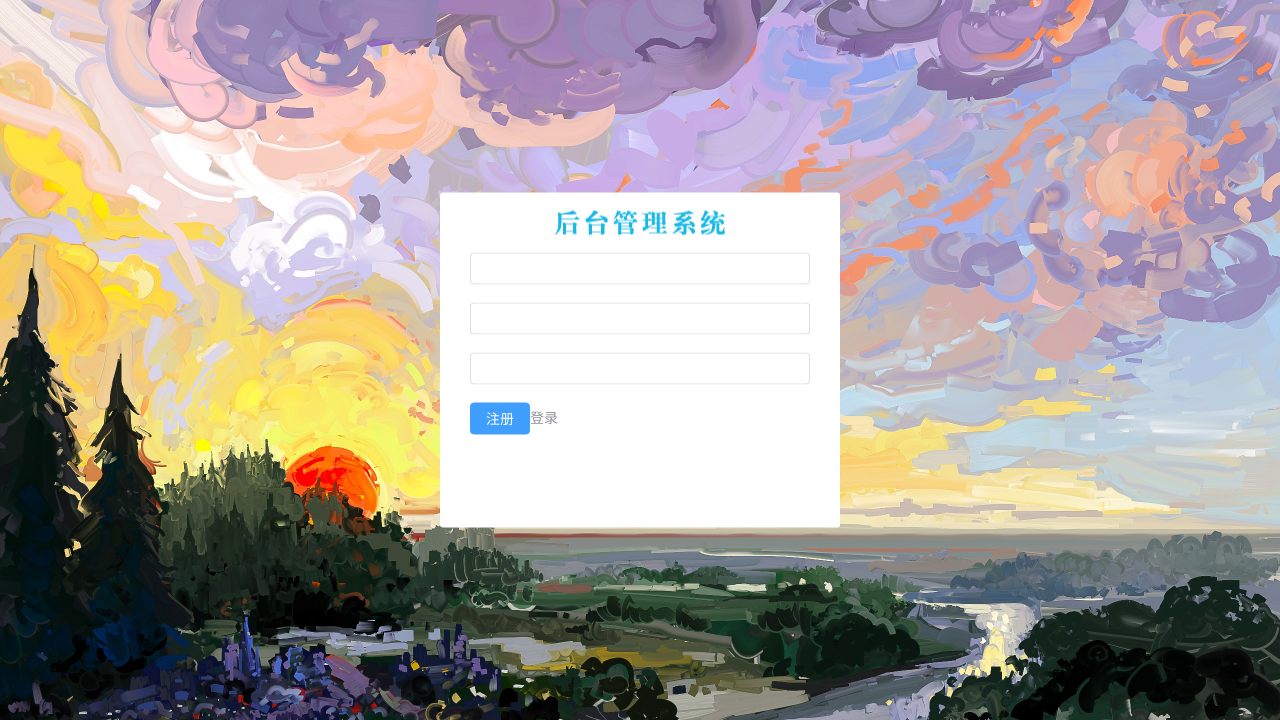
Repository: hnwj/big-event
Page: /reg
These files come from the project's save history. The page is drawn as it stood at one moment and after the next save; the edit follows.
The browser window is 1280 px wide. The pictures show the whole page.
The project was rebuilt for these pictures with package versions that can differ from the ones it lists, and the page was loaded fresh each time. Also part of the build but not shown: vue.config.js, src/views/login.vue.

Above is the page before, as saved 2023-03-19 19:25:24.

After the next save:
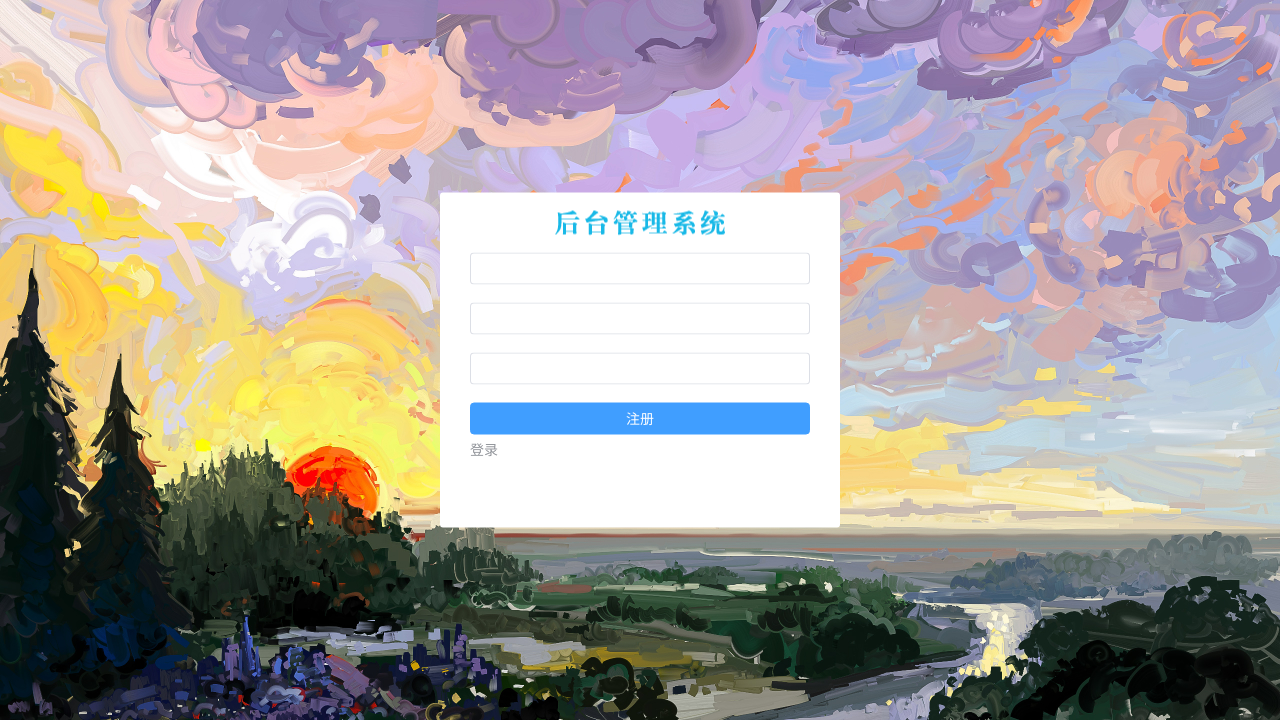
Saved 27 s later.
--- a/src/views/register.vue
+++ b/src/views/register.vue
@@ -15,7 +15,7 @@
           <el-input type="password" v-model="regForm.repassword" />
         </el-form-item>
         <el-form-item>
-          <el-button type="primary" class="btn-reg()" @click="regNewUser"
+          <el-button type="primary" class="btn-reg" @click="regNewUser"
             >注册</el-button
           >
           <el-link type="info">登录</el-link>
@@ -63,6 +63,9 @@
   },
   methods: {
     // 注册功能
+    regNewUser () {
+      console.log(this)
+    }
   }
 }
 </script>
